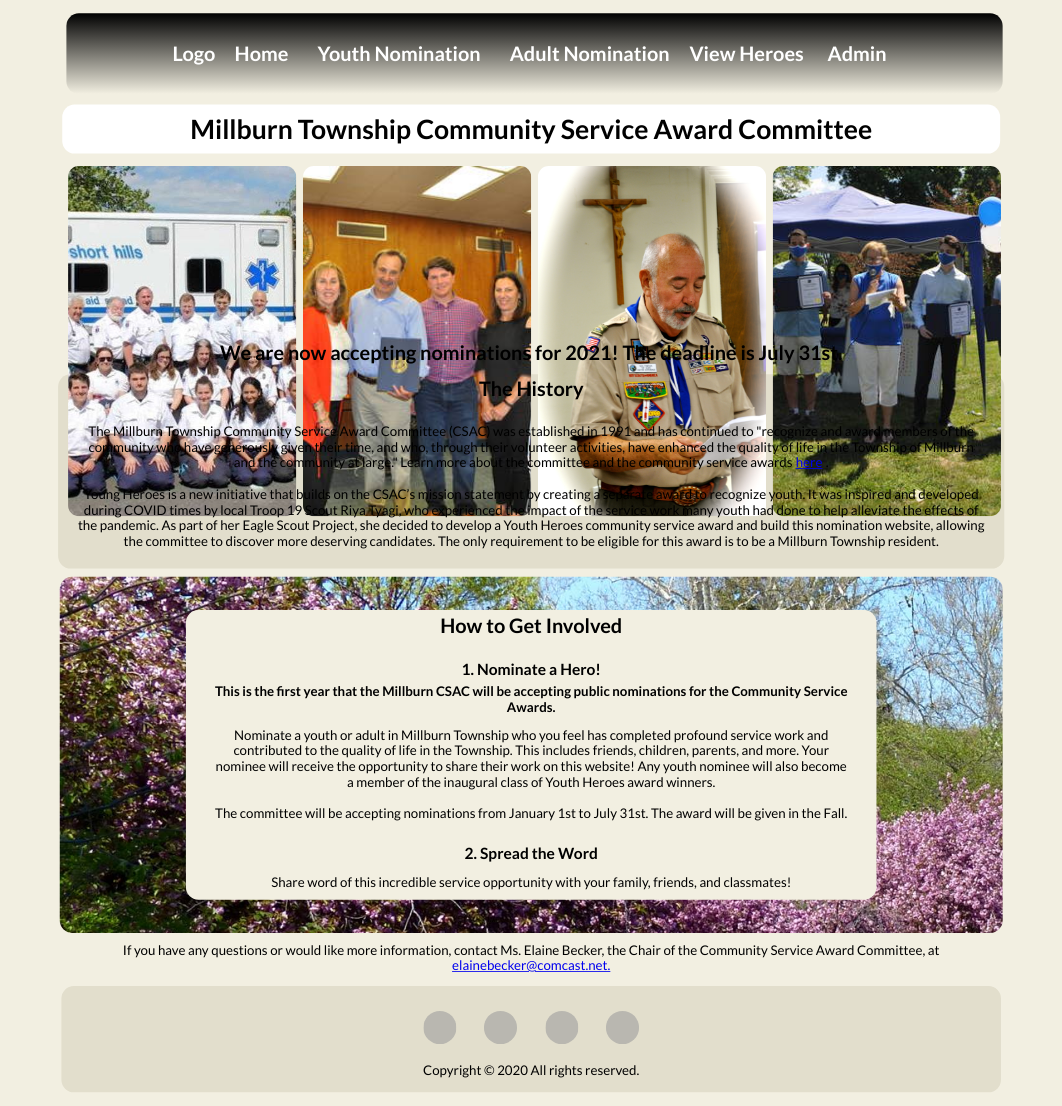
Repository: Centrattic/Young-Heroes-Website
Page: http://localhost/Frontend/home.php
These files come from the project's save history. The page is drawn as it stood at one moment and after the next save; the edit follows.
The browser window is 1280 px wide. The pictures show the whole page, at 83% of full size.
Pictures or frames that could not be fetched are drawn as grey boxes. The page is run by PHP 8.4 with error messages shown; the project is at /var/www/html/.

Above is the page before, as saved 2020-12-09 15:36:25.

After the next save:
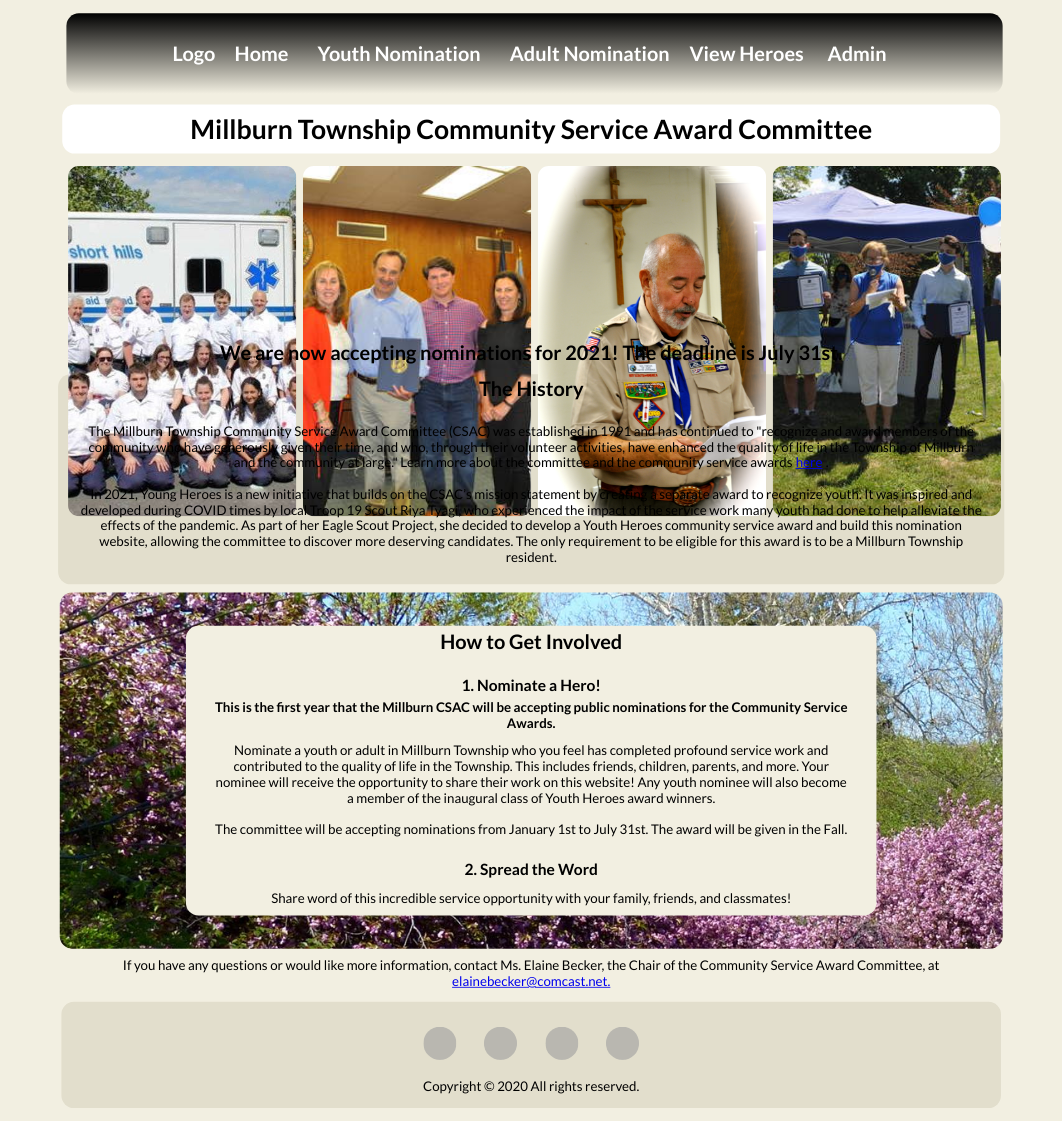
Saved 25 s later.
--- a/Eagle Project/Frontend/home.php
+++ b/Eagle Project/Frontend/home.php
@@ -87,7 +87,7 @@ require '../Backend/dbhconnect.php';
       <p> The Millburn Township Community Service Award Committee (CSAC) was established in 1991 and has continued to "recognize and award members of the community who have
         generously given their time, and who, through their volunteer activities, have enhanced the quality of life in the Township of Millburn and the community at large."
         Learn more about the committee and the community service awards<a href = "https://twp.millburn.nj.us/188/Community-Service-Award-Committee">here</a>.
-        <br> <br> Young Heroes is a new initiative that builds on the CSAC’s mission statement by creating a separate award to recognize youth. It was inspired
+        <br> <br>In 2021, Young Heroes is a new initiative that builds on the CSAC’s mission statement by creating a separate award to recognize youth. It was inspired
         and developed during COVID times by local Troop 19 Scout Riya Tyagi, who experienced the impact of the service work many youth had done to help alleviate
         the effects of the pandemic. As part of her Eagle Scout Project, she decided to develop a Youth Heroes community service award and build this nomination website,
         allowing the committee to discover more deserving candidates. The only requirement to be eligible for this award is to be a Millburn Township resident.
